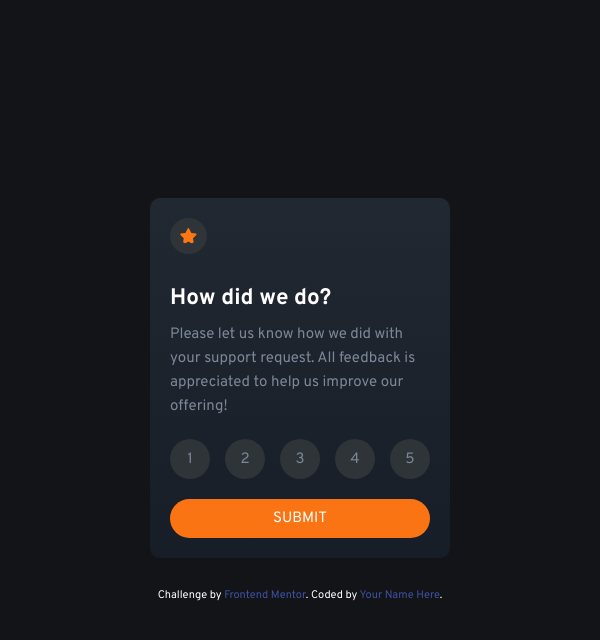
Repository: huynhnhutanhduy/interactive-rating-component
Page: index.html
An editor plug-in stored every save of this project. The page is shown before and after the next save, followed by the edit.
The browser window is 600 px wide. The pictures show the whole page.

Above is the page before, as saved 2022-10-19 11:58:02.

### index.html
<!DOCTYPE html>
<html lang="en">
  <head>
    <meta charset="UTF-8" />
    <meta name="viewport" content="width=device-width, initial-scale=1.0" />
    <!-- displays site properly based on user's device -->
    <link rel="icon" type="image/png" sizes="32x32" href="./images/favicon-32x32.png" />
    <title>Frontend Mentor | Interactive rating component</title>
    <link rel="preconnect" href="https://fonts.googleapis.com" />
    <link rel="preconnect" href="https://fonts.gstatic.com" crossorigin />
    <link
      href="https://fonts.googleapis.com/css2?family=Overpass:wght@400;700&display=swap"
      rel="stylesheet"
    />
    <link rel="stylesheet" href="./app.css" />
  </head>
  <body>
    <main>
      <!-- Rating state start -->
      <article class="rating-container card">
        <img src="./images/icon-star.svg" alt="icon-star" class="rating-star" />
        <h2 class="rating-title">How did we do?</h2>
        <p class="rating-desc">
          Please let us know how we did with your support request. All feedback is appreciated
          to help us improve our offering!
        </p>
        <ul class="rating-list">
          <li><button class="rating-item">1</button></li>
          <li><button class="rating-item">2</button></li>
          <li><button class="rating-item">3</button></li>
          <li><button class="rating-item">4</button></li>
          <li><button class="rating-item">5</button></li>
        </ul>
        <button type="submit" class="rating-submit">Submit</button>
      </article>
      <!-- Rating state end -->

      <!-- Thank you state start -->
      <article class="rating-container center thank-you">
        <img
          src="./images/illustration-thank-you.svg"
          alt="thank you picture"
          class="rating-thank"
        />
        <p class="rating-result">You selected <span>0</span> out of 5</p>
        <!-- Add rating here -->
        <h2 class="rating-title">Thank you!</h2>
        <p class="rating-desc">
          We appreciate you taking the time to give a rating. If you ever need more support,
          don’t hesitate to get in touch!
        </p>
        <!-- Thank you state end -->
      </article>
    </main>

    <footer class="attribution center">
      Challenge by
      <a href="https://www.frontendmentor.io?ref=challenge" target="_blank">Frontend Mentor</a
      >. Coded by <a href="#">Your Name Here</a>.
    </footer>

    <script src="./app.js"></script>
  </body>
</html>

### app.css
:root {
  --primary: hsl(25, 97%, 53%);
  --white: hsl(0, 0%, 100%);
  --light-grey: hsl(217, 12%, 63%);
  --medium-grey: hsl(216, 12%, 54%);
  --dark-blue: hsl(213, 19%, 18%);
  --very-dark-blue: hsl(216, 12%, 8%);
}
* {
  margin: 0;
  padding: 0;
  border: 0;
}
*,
*::before,
*::after,
html {
  box-sizing: border-box;
}
html {
  font-size: 62.5%;
}
body {
  font-size: 1.5rem;
  font-family: "Overpass", sans-serif;
  font-weight: normal;
  background-color: var(--very-dark-blue);
  display: flex;
  flex-direction: column;
  justify-content: center;
  align-items: center;
  min-height: 100vh;
}
a {
  text-decoration: none;
}
img {
  display: block;
  max-width: 100%;
}
button {
  outline: none;
  font-size: 1.5rem;
  font-family: "Overpass", sans-serif;
  font-weight: 400;
  cursor: pointer;
}

.attribution {
  font-size: 11px;
}
.attribution a {
  color: hsl(228, 45%, 44%);
}
.center {
  text-align: center;
}

body,
.rating-container,
.rating-submit,
.rating-item:hover,
.rating-item:focus {
  color: var(--white);
}
.rating-container {
  width: 100%;
  background-image: linear-gradient(to top, hsl(214, 26%, 12%), hsl(212, 20%, 16%));
  padding: 2rem;
  border-radius: 1rem;
  margin-bottom: 3rem;
}
.rating-star,
.rating-item,
.rating-result {
  background-color: hsl(205, 10%, 20%);
}
.rating-star,
.rating-item {
  border-radius: 50%;
}
.rating-star {
  margin-bottom: 3rem;
  padding: 1rem;
}
.rating-title {
  margin-bottom: 1rem;
}
.rating-desc,
.rating-item {
  color: var(--medium-grey);
}
.rating-desc {
  line-height: 1.6;
  margin-bottom: 2rem;
}
.rating-list {
  display: flex;
  justify-content: space-between;
  align-items: center;
  margin-bottom: 2rem;
}
.rating-list li {
  list-style: none;
}
.rating-item {
  width: 4rem;
  height: 4rem;
}
.rating-submit {
  width: 100%;
  padding: 1rem;
  border-radius: 2rem;
  text-transform: uppercase;
}
.rating-thank {
  margin: 1rem auto 2rem;
}
.rating-result {
  display: inline-block;
  padding: 6px 1.5rem;
  border-radius: 2rem;
  margin: 1rem 0 3rem;
  color: var(--primary);
}
.rating-submit,
.rating-item:hover {
  background-color: var(--primary);
}
.rating-item:focus {
  background-color: var(--light-grey);
}
.rating-submit:hover {
  background-color: var(--white);
  color: var(--primary);
}
.card {
  display: block;
}
.thank-you {
  display: none;
}
@media screen and (min-width: 768px) {
  .rating-container {
    max-width: 38rem;
  }
}
@media screen and (max-width: 767px) {
  .rating-container {
    max-width: 30rem;
  }
}

### app.js
const button = document.querySelector(".rating-submit");
const card = document.querySelector(".card");
const thank = document.querySelector(".thank-you");
const option = document.querySelectorAll(".rating-item");
const result = document.querySelector(".rating-result");
[...option].forEach((item) =>
  item.addEventListener("click", function () {
    result.firstElementChild.textContent = item.textContent;
  })
);
button.addEventListener("click", function () {
  card.style.display = "none";
  thank.style.display = "block";
});

After the next save:
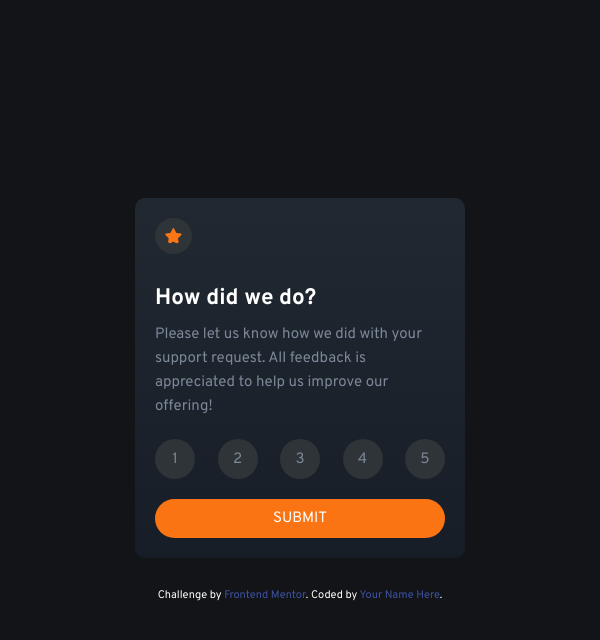
Saved 16 s later.
--- a/app.css
+++ b/app.css
@@ -147,6 +147,6 @@
 }
 @media screen and (max-width: 767px) {
   .rating-container {
-    max-width: 30rem;
+    max-width: 33rem;
   }
 }

After the save that followed:
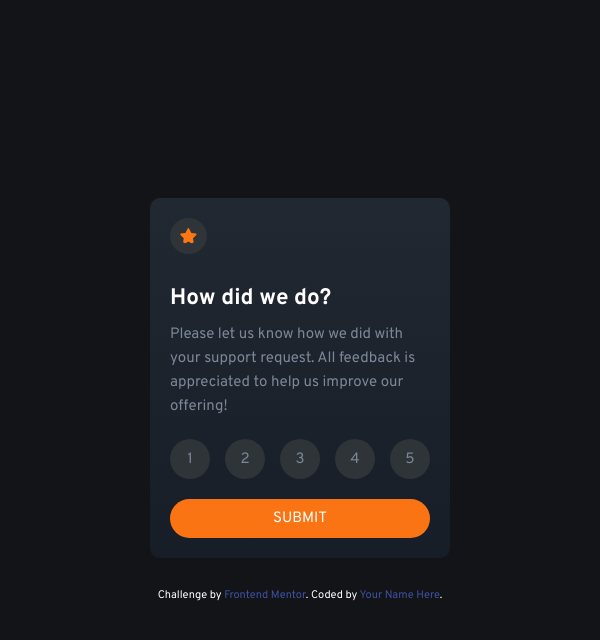
Saved 11 s later.
--- a/app.css
+++ b/app.css
@@ -147,6 +147,6 @@
 }
 @media screen and (max-width: 767px) {
   .rating-container {
-    max-width: 33rem;
+    max-width: 30rem;
   }
 }
